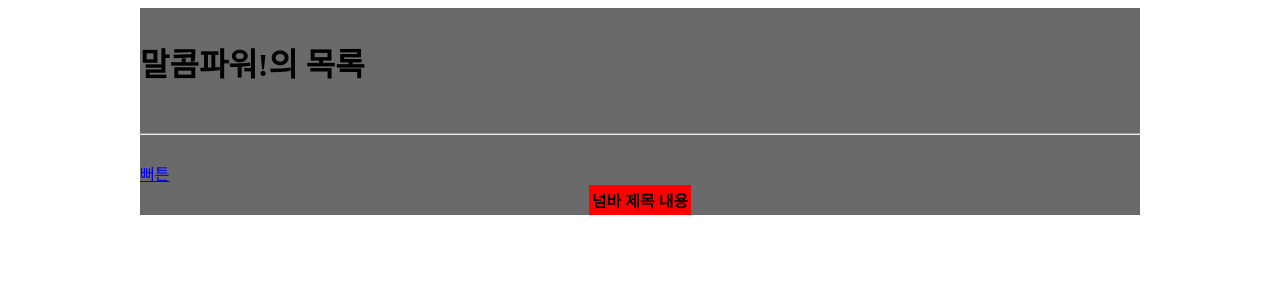
Repository: odasd/Ark-html
Page: http://localhost/cafe/list.jsp
The author's editor kept a copy of each file at every save. The page is drawn from the files as they stood at one save, then again after the next save.
The browser window is 1280 px wide. The pictures show the whole page.
The page is served by Tomcat 9. Queries for data that is not in the repository find no rows.

Above is the page before, as saved 2020-04-12 06:10:06.

After the next save:
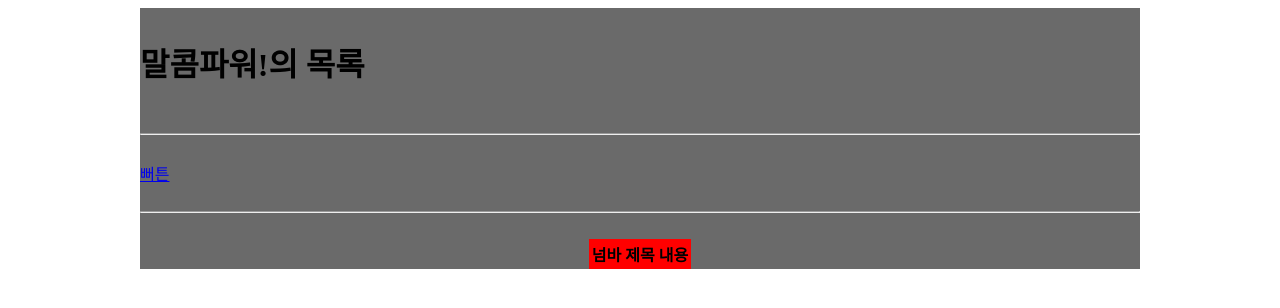
Saved 53 s later.
--- a/20200412/cafe/WebContent/list.jsp
+++ b/20200412/cafe/WebContent/list.jsp
@@ -55,6 +55,9 @@
 				}
 %>
 
+		<br>
+		<hr>
+		<br>
 			</table>
 		</div>
 	</div>
